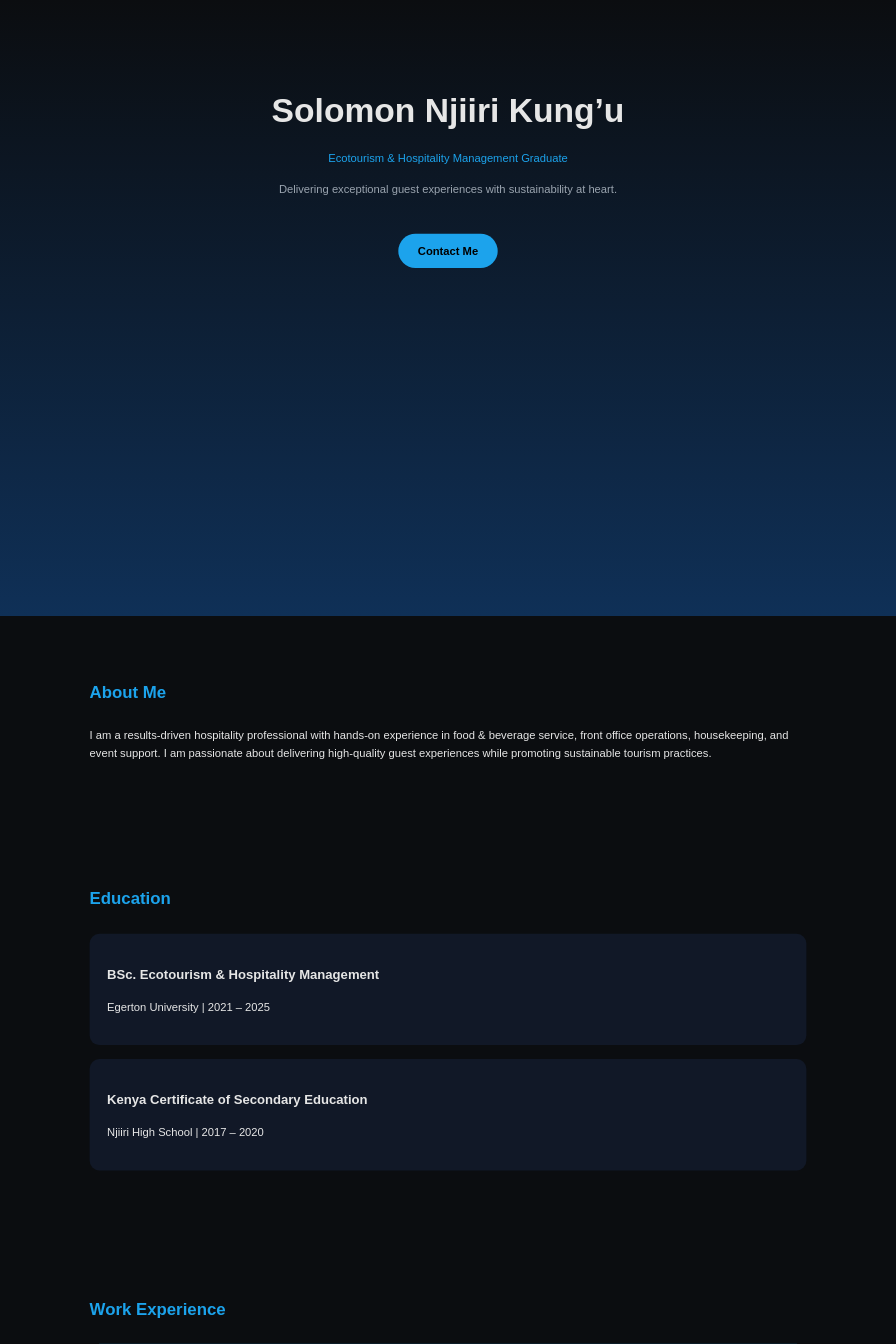
Repository: ladygit-comits/Solomon_Portfolio
Page: index.html
These files come from the project's save history. The page is drawn as it stood at one moment and after the next save; the edit follows.
The browser window is 1280 px wide. The pictures show the part of the page from y = 0 to 1920 px (the page is 3940 px tall), at 70% of full size.

Above is the page before, as saved 2025-12-31 13:06:04.

### index.html
<!DOCTYPE html>
<html lang="en">
<head>
  <meta charset="UTF-8">
  <title>Solomon Njiiri Kung’u | Hospitality Management</title>
  <link rel="stylesheet" href="style.css">
</head>
<body>

  <!-- HERO -->
  <section class="hero">
    <h1>Solomon Njiiri Kung’u</h1>
    <p class="subtitle">Ecotourism & Hospitality Management Graduate</p>
    <p class="tagline">
      Delivering exceptional guest experiences with sustainability at heart.
    </p>
    <a href="#contact" class="btn">Contact Me</a>
  </section>

  <!-- ABOUT -->
  <section class="section">
    <h2>About Me</h2>
    <p>
      I am a results-driven hospitality professional with hands-on experience in
      food & beverage service, front office operations, housekeeping, and event support.
      I am passionate about delivering high-quality guest experiences while promoting
      sustainable tourism practices.
    </p>
  </section>

  <!-- EDUCATION -->
  <section class="section">
    <h2>Education</h2>
    <div class="card">
      <h3>BSc. Ecotourism & Hospitality Management</h3>
      <p>Egerton University | 2021 – 2025</p>
    </div>
    <div class="card">
      <h3>Kenya Certificate of Secondary Education</h3>
      <p>Njiiri High School | 2017 – 2020</p>
    </div>
  </section>

  <!-- EXPERIENCE -->
  <section class="section">
    <h2>Work Experience</h2>

    <div class="card highlight">
      <h3>Waiter – Radisson Blu Hotel</h3>
      <p>August 2025</p>
      <ul>
        <li>Delivered high-quality customer service in a fast-paced luxury hotel.</li>
        <li>Supported international events hosted by the World Bank, IMF, and University of Antwerp.</li>
        <li>Provided professional service to international delegates.</li>
      </ul>
    </div>

    <div class="card">
      <h3>Waiter – Shuhan Hotel, Thika</h3>
      <p>February 2025</p>
      <ul>
        <li>Provided excellent customer service.</li>
        <li>Assisted in housekeeping and hygiene maintenance.</li>
      </ul>
    </div>

    <div class="card">
      <h3>Intern – Hotel Operations</h3>
      <p>May 2024 – August 2024</p>
      <ul>
        <li>Housekeeping & guestroom standards.</li>
        <li>Front office check-ins and reservations.</li>
        <li>Kitchen stewarding and hygiene.</li>
        <li>Food & beverage service.</li>
      </ul>
    </div>
  </section>

  <!-- SKILLS -->
  <section class="section">
    <h2>Key Skills</h2>
    <div class="skills">
      <span>Customer Service</span>
      <span>Food & Beverage Service</span>
      <span>Front Office Operations</span>
      <span>Housekeeping Standards</span>
      <span>Event Support</span>
      <span>Sustainable Tourism</span>
    </div>
  </section>

  <!-- VOLUNTEERING -->
  <section class="section">
    <h2>Volunteering</h2>
    <div class="card">
      <h3>Volunteer – KSPCA (Dogtober Festival)</h3>
      <p>October 2024</p>
      <ul>
        <li>Welcomed guests and provided event guidance.</li>
        <li>Assisted with pet handling and guest engagement.</li>
      </ul>
    </div>
  </section>

  <!-- CONTACT -->
  <section class="section contact" id="contact">
    <h2>Contact</h2>
    <p>Email: <a href="mailto:kungunjiiri@gmail.com">kungunjiiri@gmail.com</a></p>
    <p>Phone: 0112619291</p>
  </section>

</body>
</html>

### style.css
:root {
  --black: #0B0D10;
  --dark-blue: #0F3057;
  --accent-blue: #1CA3EC;
  --text-light: #E6E6E6;
  --muted-gray: #9AA4AF;
}

body {
  margin: 0;
  font-family: "Poppins", sans-serif;
  background: var(--black);
  color: var(--text-light);
  line-height: 1.6;
}

.hero {
  min-height: 100vh;
  padding: 80px 20px;
  text-align: center;
  background: linear-gradient(180deg, #0B0D10, #0F3057);
}

.hero h1 {
  font-size: 3rem;
  margin-bottom: 10px;
}

.subtitle {
  color: var(--accent-blue);
  font-weight: 500;
}

.tagline {
  max-width: 600px;
  margin: 20px auto;
  color: var(--muted-gray);
}

.btn {
  display: inline-block;
  margin-top: 30px;
  padding: 12px 28px;
  background: var(--accent-blue);
  color: #000;
  text-decoration: none;
  border-radius: 30px;
  font-weight: 600;
}

.section {
  padding: 70px 10%;
}

.section h2 {
  color: var(--accent-blue);
  margin-bottom: 30px;
}

.card {
  background: #111827;
  padding: 25px;
  border-radius: 14px;
  margin-bottom: 20px;
}

.card.highlight {
  border: 1px solid var(--accent-blue);
}

.skills span {
  display: inline-block;
  background: #1f2933;
  padding: 10px 16px;
  margin: 8px;
  border-radius: 20px;
  font-size: 0.9rem;
}

.contact a {
  color: var(--accent-blue);
  text-decoration: none;
}

### script.js
// script.js
document.addEventListener('DOMContentLoaded', function() {
  // HERO fade-in
  const heroElements = document.querySelectorAll('.hero h1, .subtitle, .tagline, .btn');
  heroElements.forEach((el, i) => {
    el.style.opacity = 0;
    setTimeout(() => {
      el.style.transition = 'opacity 1s ease-out, transform 1s ease-out';
      el.style.opacity = 1;
      el.style.transform = 'translateY(0)';
    }, i * 300);
  });

  // Card hover effect
  const cards = document.querySelectorAll('.card');
  cards.forEach(card => {
    card.addEventListener('mouseenter', () => {
      card.style.transform = 'translateY(-10px)';
      card.style.boxShadow = '0 15px 30px rgba(28,163,236,0.3)';
    });
    card.addEventListener('mouseleave', () => {
      card.style.transform = 'translateY(0)';
      card.style.boxShadow = 'none';
    });
  });

  // Smooth scroll for CTA and contact links
  const links = document.querySelectorAll('a[href^="#"]');
  links.forEach(link => {
    link.addEventListener('click', function(e) {
      e.preventDefault();
      document.querySelector(this.getAttribute('href')).scrollIntoView({
        behavior: 'smooth'
      });
    });
  });
});

After the next save:
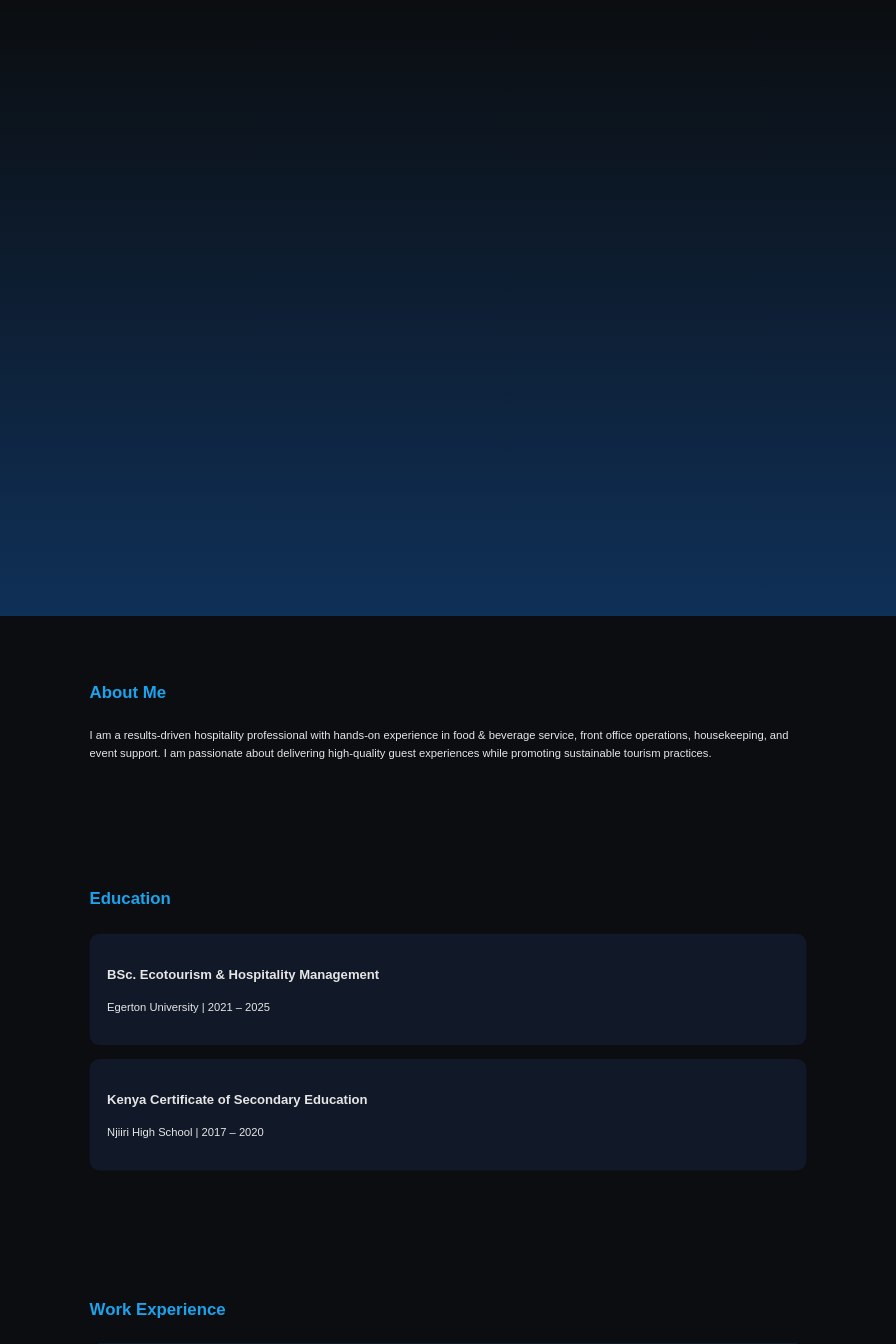
Saved 22 s later.
--- a/style.css
+++ b/style.css
@@ -81,3 +81,16 @@ body {
   color: var(--accent-blue);
   text-decoration: none;
 }
+.hero h1, .subtitle, .tagline, .btn {
+  transform: translateY(20px);
+  opacity: 0;
+}
+
+.card {
+  transition: transform 0.3s ease, box-shadow 0.3s ease;
+}
+
+.btn:hover {
+  box-shadow: 0 0 20px var(--accent-blue), 0 0 40px var(--accent-blue);
+  transform: translateY(-3px);
+}

After the save that followed:
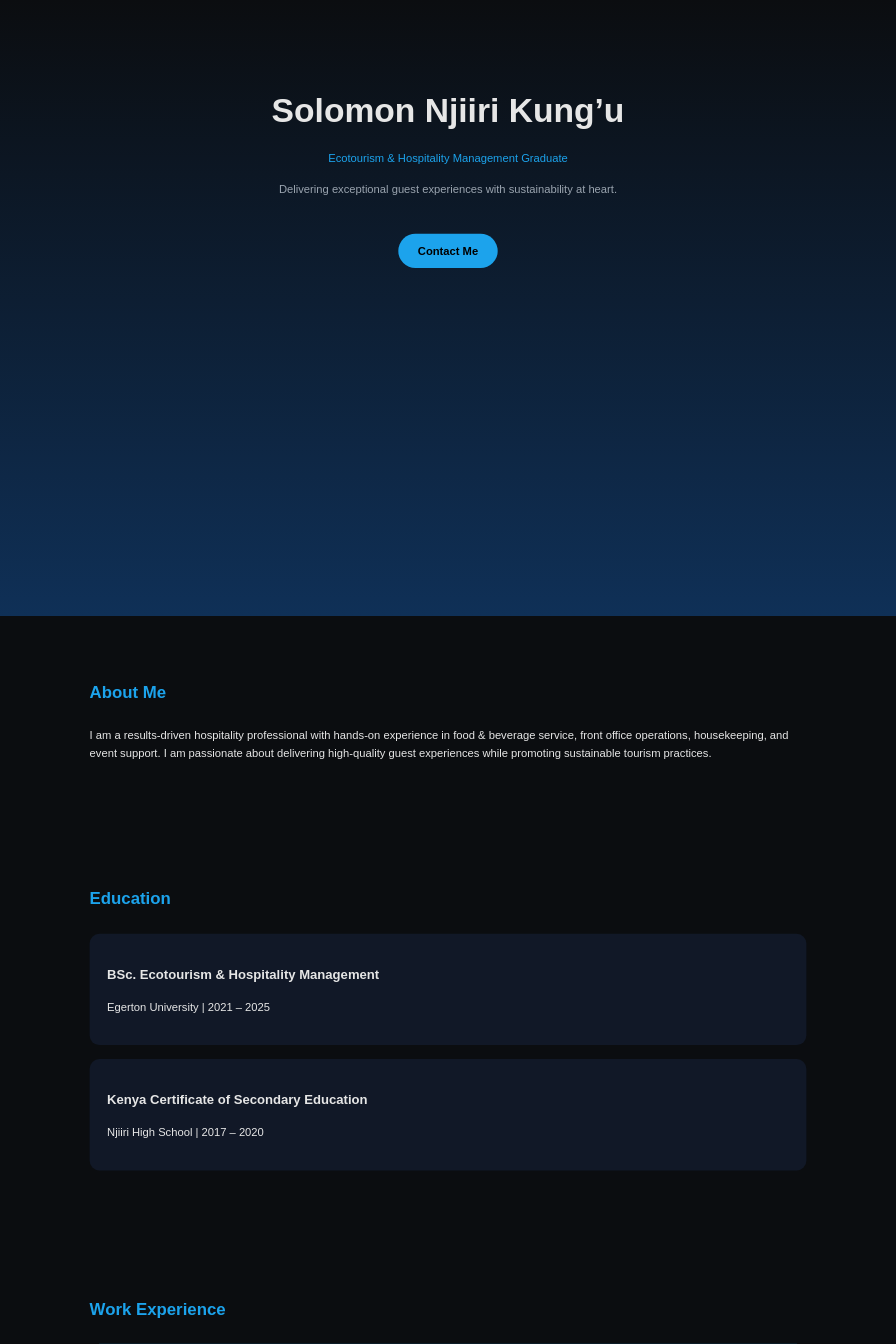
Saved 40 s later.
--- a/index.html
+++ b/index.html
@@ -108,6 +108,6 @@
     <p>Email: <a href="mailto:kungunjiiri@gmail.com">kungunjiiri@gmail.com</a></p>
     <p>Phone: 0112619291</p>
   </section>
-
+<script src="script.js"></script>
 </body>
 </html>
